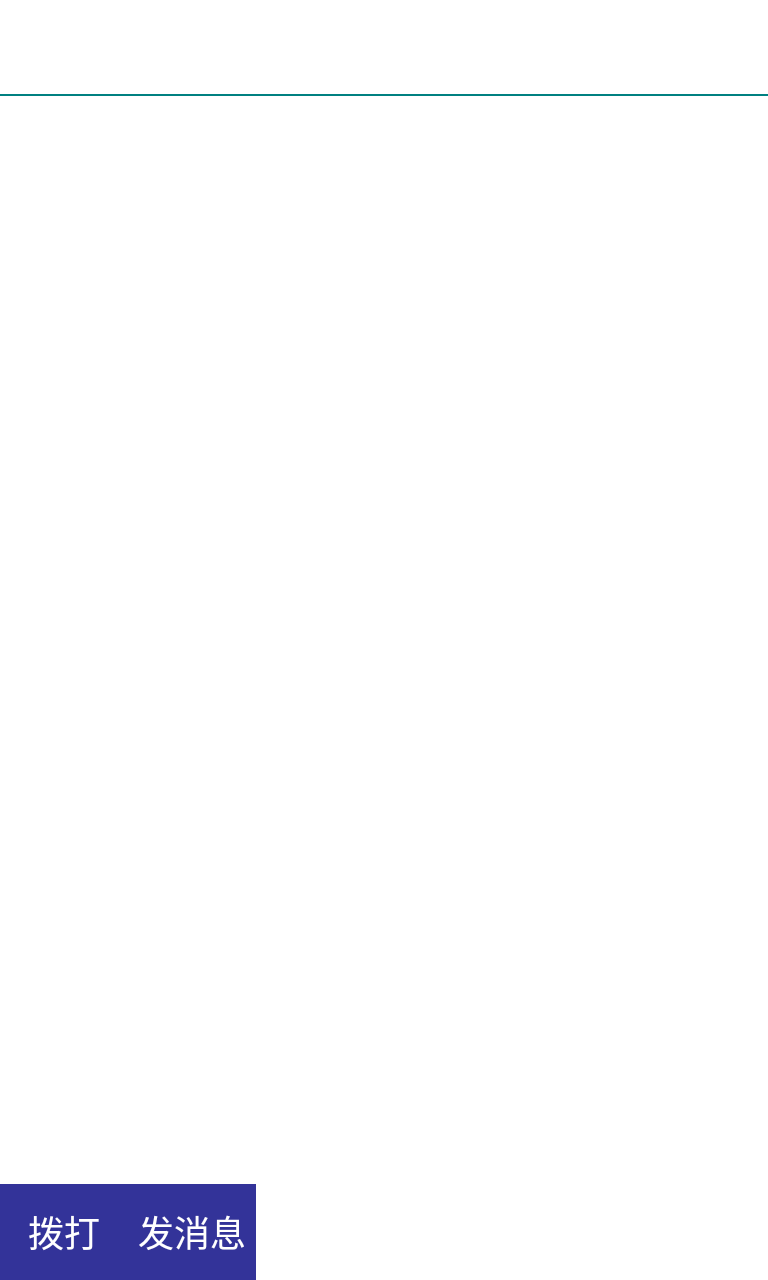
Repository: mrhanliang/Android_4.2
Layout: MailList/res/layout/maillist_content_frag.xml
The author's editor kept a copy of each file at every save. The layout is drawn from the files as they stood at one save, then again after the next save.
It is drawn on a 768 x 1280 px phone screen (xhdpi) without system bars, with theme AppTheme; the app's code is not run.

Above is the layout before, as saved 2015-12-18 10:16:14.

### MailList/res/layout/maillist_content_frag.xml
<?xml version="1.0" encoding="utf-8"?>
<LinearLayout xmlns:android="http://schemas.android.com/apk/res/android"
    android:layout_width="match_parent"
    android:layout_height="match_parent" >

    <LinearLayout
        android:id="@+id/visibility_layout"
        android:layout_width="match_parent"
        android:layout_height="match_parent"
        android:orientation="vertical" >

        <TextView
            android:id="@+id/mailList_name"
            android:layout_width="match_parent"
            android:layout_height="wrap_content"
            android:layout_gravity="center"
            android:padding="10dp"
            android:textSize="20sp" />

        <ImageView
            android:layout_width="match_parent"
            android:layout_height="1dp"
            android:scaleType="fitXY"
            android:src="@drawable/y2" />

        <TextView
            android:id="@+id/mailList_content"
            android:layout_width="match_parent"
            android:layout_height="0dp"
            android:layout_weight="1"
            android:padding="15dp"
            android:textSize="18sp" />

    <LinearLayout
        android:id="@+id/buttonGroup"
        android:layout_width="match_parent"
        android:layout_height="wrap_content"
        android:orientation="horizontal" >

        <Button
            android:id="@+id/tel"
            android:layout_width="wrap_content"
            android:layout_height="wrap_content"
            android:background="#333399"
            android:text="拨打"
            android:textColor="#ffffff" />

        <TextView
            android:layout_width="0dp"
            android:layout_height="wrap_content"/>

        <Button
            android:id="@+id/sendMessage"
            android:layout_width="wrap_content"
            android:layout_height="wrap_content"
            android:background="#333399"
            android:text="发消息"
            android:textColor="#ffffff" />
        </LinearLayout>
    </LinearLayout>

    <ImageView
        android:layout_width="1dp"
        android:layout_height="match_parent"
        android:layout_alignParentLeft="true"
        android:scaleType="fitXY"
        android:src="@drawable/y2" />

</LinearLayout>

Loaded but not shown: MailList/res/values/styles.xml (common file); MailList/res/values-v11/styles.xml (common file); MailList/res/values-v14/styles.xml (common file)

After the next save:
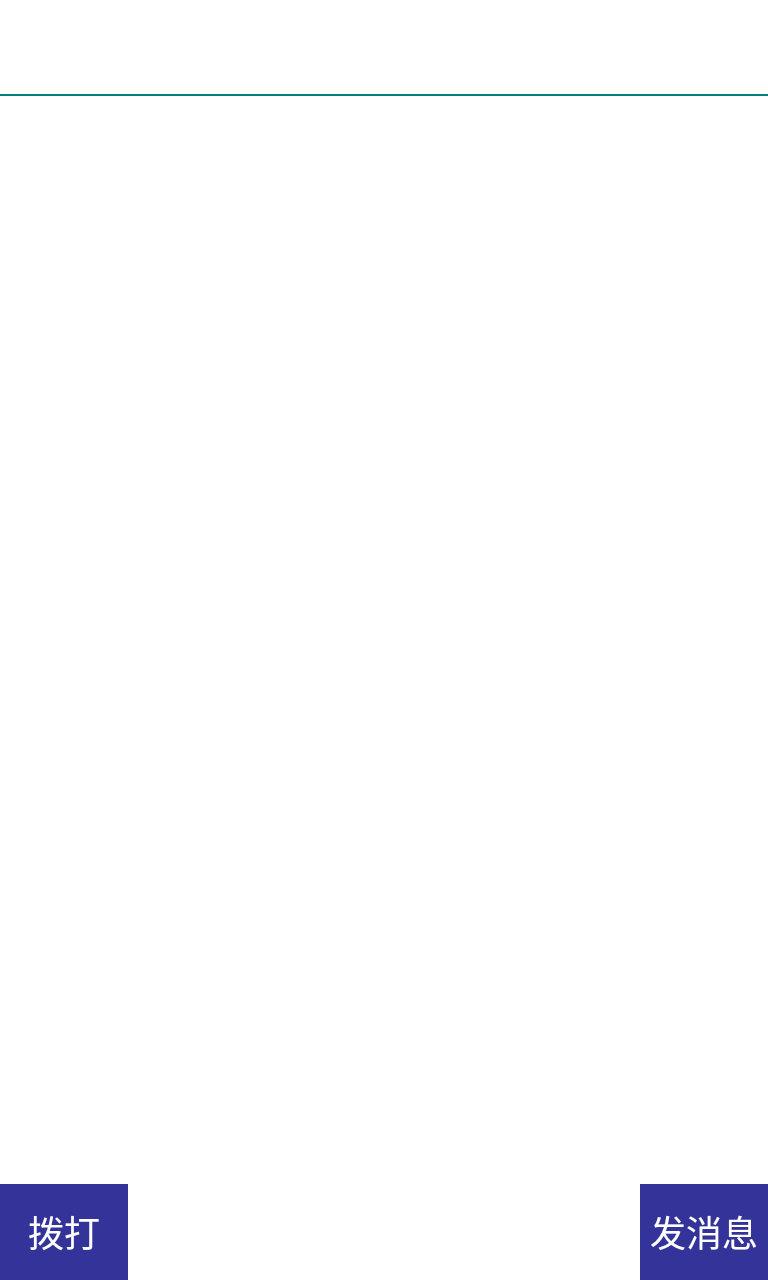
Saved 11 s later.
--- a/MailList/res/layout/maillist_content_frag.xml
+++ b/MailList/res/layout/maillist_content_frag.xml
@@ -47,7 +47,8 @@
 
         <TextView
             android:layout_width="0dp"
-            android:layout_height="wrap_content"/>
+            android:layout_height="wrap_content"
+            android:layout_weight="1"/>
 
         <Button
             android:id="@+id/sendMessage"
